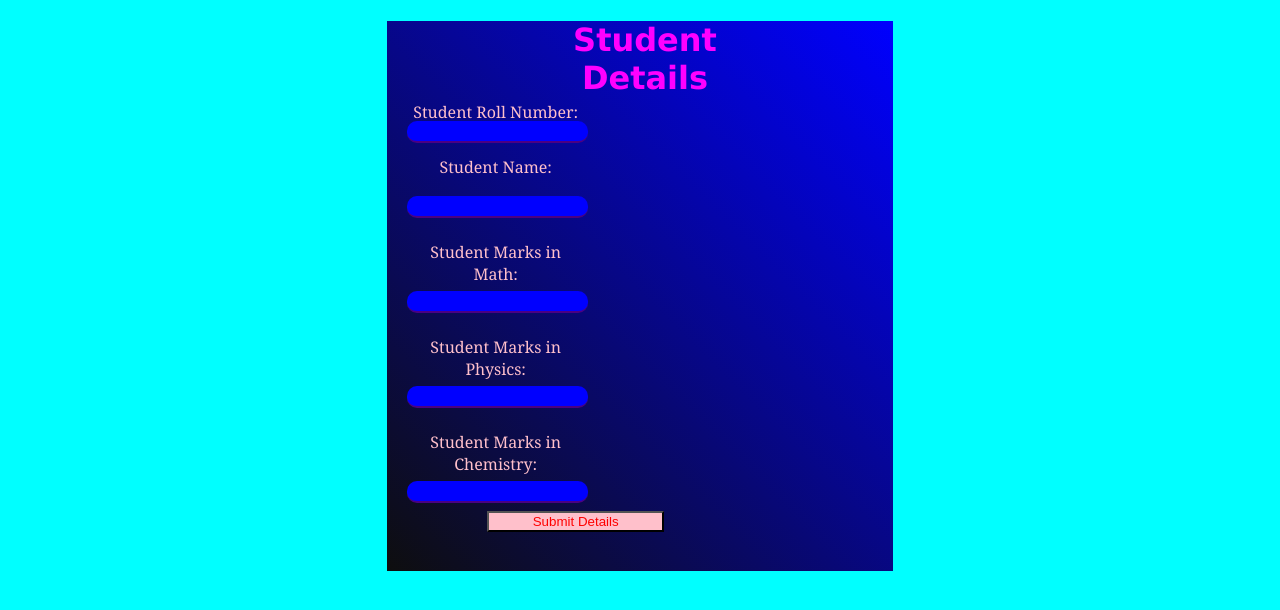
Repository: prm2711/javaapps
Page: eclipse-workspace/FirstProject/WebContent/index.html
These files come from the project's save history. The page is drawn as it stood at one moment and after the next save; the edit follows.
The browser window is 1280 px wide. The pictures show the whole page.

Above is the page before, as saved 2018-01-19 10:46:18.

### eclipse-workspace/FirstProject/WebContent/index.html
<!DOCTYPE html>
<html>
<head>
<meta charset="ISO-8859-1">
<title>Student form</title>
<link rel="stylesheet" type="text/css" href="css/format.css">
<meta name="viewport" content="width=device-width, initial-scale=1.0">
</head>
<body>
		<div class="top_container"></div>
		<div class="small_container1"></div>
		<div class="small_container2"></div>
		<div class="small_container3"></div>
		<div class="small_container4"></div>

		<div align="center" class="inner_container">
			<form method="post" action="InsertServlet"
				onsubmit="return validateForm()">

				<h1 class="heading">Student Details</h1>
				<p class="label1">Student Roll Number:</p>
				<br> <input class="text-box1" type="text" name="roll_no"
					id="roll_no"><br> <br>
				<p class="label2">Student Name:</p>
				<br> <input class="text-box2" type="text" name="student_name"
					id="student_name"><br> <br>
				<p class="label3">Student Marks in Math:</p>
				<br> <input class="text-box3" type="text" name="marks"
					id="marks"><br> <br>
				<p class="label4">Student Marks in Physics:</p>
				<br> <input class="text-box4" type="text" name="marksphy"
					id="marksphy"><br> <br>
				<p class="label5">Student Marks in Chemistry:</p>
				<br> <input class="text-box5" type="text" name="markschem"
					id="markschem"><br> <br> <input
					class="submitButton" type="submit" value="Submit Details">

			</form>
		</div>
		<div class="bottom_container"></div>

	<script src="js/insertdata.js"></script>
</body>
</html>

### eclipse-workspace/FirstProject/WebContent/css/format.css
body {
	background-color: cyan;
	position: relative;
}

.inner_container {
	background-color: blue;
	background: linear-gradient(45deg, #0e0e0e, blue);
	position: relative;
	/*top: 50px;
	left: 350px;*/
	height: 550px;
	z-index: 2;
	margin: 0 auto;
	width: 40%;
}

.heading {
	color: magenta;
	font-family: Verdana, Geneva, sans-serif;
	padding-left: 10px;
}

form {
	width: 50%;
	margin: 0 auto;
}

.text-box1, .text-box2, .text-box3, .text-box4, .text-box5 {
	position: absolute;
	left: 20px;
	border: 0px;
	border-bottom: 2px indigo solid;
	border-radius: 10px;
	background: blue;
	color: white;
	font-family: Georgia;
	width:
}

.text-box1 {
	top: 100px;
}

.label2, .label3, .label4, .label5,.label1 {
	position: absolute;
	left: 20px;
	color: pink;
	font-family: Georgia;
}

.label1 {
	position: absolute;
	top: 80px;
	color: pink;
	font-family: Georgia;
}

.label2 {
	top: 135px;
}

.text-box2 {
	top: 175px;
}

.label3 {
	top: 220px;
}

.text-box3 {
	top: 270px;
}

.label4 {
	top: 315px;
}

.text-box4 {
	top: 365px;
}

.label5 {
	top: 410px;
}

.text-box5 {
	top: 460px;
}

.submitButton {
	position: absolute;
	background-color: pink;
	color: red;
	margin: 0 auto;
	width: 50%;
	left: 100px;
	top: 490px;
}

.submitButton:hover {
	background-color: #4caf50;
	color: white;
}

input,p,.submitButton {
	width: 35%;
	margin: 0 auto;
}

@media screen and (max-width: 700px) {
	.inner-container {
		width: 50%;
	}

	form,input,p {
	width: 70%;
	}


}

@media screen and (max-width: 400px) {
	.inner-container {
		width: 100%;
	}

	form,input,p {
	width: 50%;
	}

}

### eclipse-workspace/FirstProject/WebContent/js/insertdata.js
/**
 *
 */
function validateForm() {
	var rollno = document.getElementById("roll_no").value;
	var student_name = document.getElementById("student_name").value;
	var marks = document.getElementById("marks").value;
	var marksphy = document.getElementById("marksphy").value;
	var markschem = document.getElementById("markschem").value;

	if (isNaN(rollno) == true || isNaN(marks) == true
			|| isNaN(marksphy) == true || isNaN(markschem) == true || rollno.length==0 || student_name.length==0 || marks.length==0 || marksphy.length==0 || markschem.length==0) {
		alert("Enter valid details");
		return false;
	}

	else {

		return true;
	}
}

After the next save:
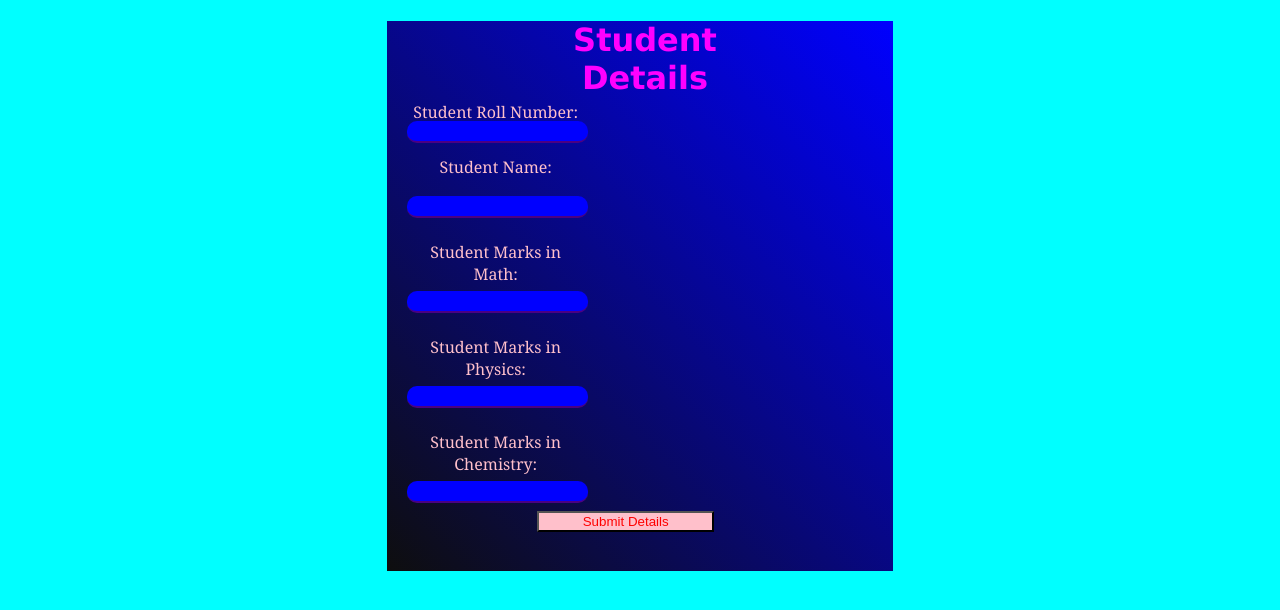
Saved 79 s later.
--- a/eclipse-workspace/FirstProject/WebContent/css/format.css
+++ b/eclipse-workspace/FirstProject/WebContent/css/format.css
@@ -94,7 +94,7 @@ form {
 	color: red;
 	margin: 0 auto;
 	width: 50%;
-	left: 100px;
+	left: 150px;
 	top: 490px;
 }
 
